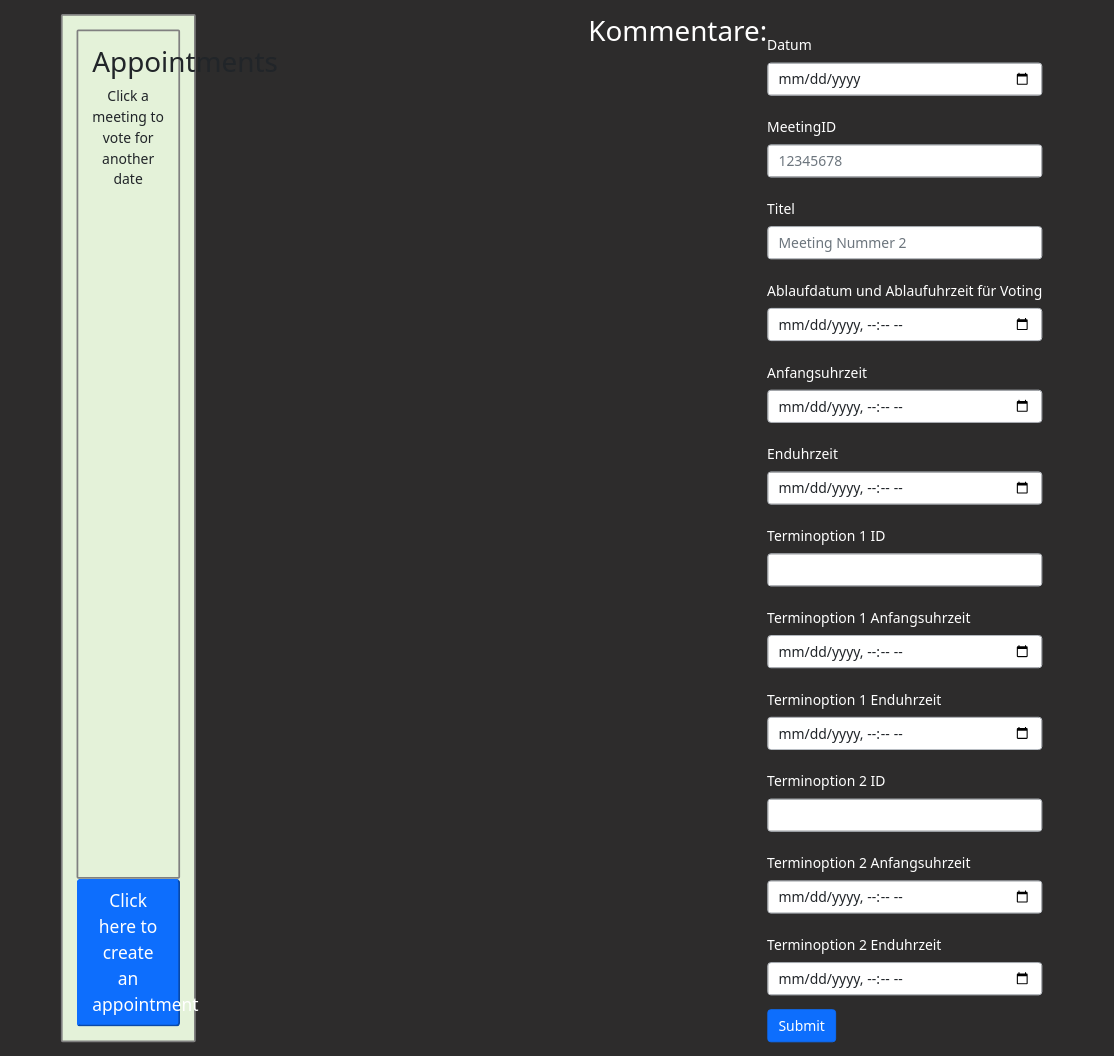
Repository: wlichon/Semesterprojekt
Page: index.html
The author's editor kept a copy of each file at every save. The page is drawn from the files as they stood at one save, then again after the next save.
The browser window is 1280 px wide. The pictures show the whole page, at 87% of full size.
The page's requests for data from a server got no answer. Some web libraries are served in a nearby version.

Above is the page before, as saved 2022-04-27 23:52:18.

### index.html
<!DOCTYPE html>
<html lang="en">
<head>
    <link href="https://cdn.jsdelivr.net/npm/bootstrap@5.1.3/dist/css/bootstrap.min.css" rel="stylesheet" integrity="sha384-1BmE4kWBq78iYhFldvKuhfTAU6auU8tT94WrHftjDbrCEXSU1oBoqyl2QvZ6jIW3" crossorigin="anonymous">
    <link rel="stylesheet" href="https://cdn.jsdelivr.net/npm/bootstrap-icons@1.8.1/font/bootstrap-icons.css">
    <script
    src="https://code.jquery.com/jquery-3.6.0.min.js"
    integrity="sha256-/xUj+3OJU5yExlq6GSYGSHk7tPXikynS7ogEvDej/m4="
    crossorigin="anonymous"></script>
    <script src="https://cdnjs.cloudflare.com/ajax/libs/jqueryui/1.12.1/jquery-ui.min.js" integrity="sha512-uto9mlQzrs59VwILcLiRYeLKPPbS/bT71da/OEBYEwcdNUk8jYIy+D176RYoop1Da+f9mvkYrmj5MCLZWEtQuA==" crossorigin="anonymous" referrerpolicy="no-referrer"></script>
    <meta charset="UTF-8">
    <meta http-equiv="X-UA-Compatible" content="IE=edge">
    <meta name="viewport" content="width=device-width, initial-scale=1.0">
    <link rel="stylesheet" href="frontend/css/mystyle.css">
    <script src="frontend/script/script.js" defer></script>
    <title>Appointment Finder</title>
</head>
<body class="d-flex justify-content-center">
    <div class="container m-3 d-flex justify-content-center">
        <div class="events row flex-grow-1" id="events">
            <div class="col-md-3 d-flex justify-content-between" style="flex-direction: column">

                <div class="col">
                    <h2 class="align-self-center">Appointments</h2>
                    <p class="">Click a meeting to vote for another date</p>
                </div>
                <button class = "btn-primary btn-lg" id = "createappointment"> Click here to create an appointment</button>


                </div>
             </div>

             <form id = "checkboxnamecomment">
            <div class="appointments row flex-grow-1" id="appointments">
                <div class="col-md d-flex justify-content-between" style="flex-direction: column">
                    <div class="row h-80">
                        <div class="col">
                           <h2 class="align-self-center">Options</h2>
                        </div>
                    </div>
                    <!--
                    <div class="row inputs h-20 align-self-bottom">
                        <div class="col-md">
                            <i class="bi bi-person-circle m-1"></i><input type="text" placeholder="Name" name = "personname" id = "personname" >
                        </div>
                    </div>
                    -->
                </div>
            </form>
        </div>
<br>
        <h2 class = "text-white" id = "commenttitle"> Kommentare: </h2>

        <form id = "createappointmentform" >
            <div class="form-group">
              <label for="date" class ="text-white mt-4 mb-2">Datum</label>
              <input type="date" class="form-control" name="date" id="date" required>
            </div>
            <div class="form-group">
                <label for="meetingid" class ="text-white mt-4 mb-2">MeetingID</label>
                <input type="number" class="form-control" name="meetingid" id="meetingid" placeholder="12345678" required>
            </div>
            <div class="form-group">
                <label for="title" class ="text-white mt-4 mb-2">Titel</label>
                <input type="text" class="form-control" name="title" id="title" placeholder="Meeting Nummer 2" required>
            </div>
              <div class="form-group">
                <label for="votingExpirationDate" class ="text-white mt-4 mb-2">Ablaufdatum und Ablaufuhrzeit für Voting</label>
                <input type="datetime-local" class="form-control" name="votingExpirationDate" id="votingExpirationDate"  required>
            </div>
              <div class="form-group">
                <label for="begin" class ="text-white mt-4 mb-2">Anfangsuhrzeit</label>
                <input type="datetime-local" class="form-control" name="begin" id="begin" required>
            </div>
              <div class="form-group">
                <label for="end" class ="text-white mt-4 mb-2">Enduhrzeit</label>
                <input type="datetime-local" class="form-control" name="end" id="end"  required>
            </div>
            <div class="form-group">
                <label for="terminoption1id" class ="text-white mt-4 mb-2">Terminoption 1 ID</label>
                <input type="number" class="form-control" name="terminoption1id" id="terminoption1id"  required>
            </div>
            <div class="form-group">
                <label for="terminoption1begin" class ="text-white mt-4 mb-2">Terminoption 1 Anfangsuhrzeit</label>
                <input type="datetime-local" class="form-control" name="terminoption1begin" id="terminoption1begin"  required>
            </div>
            <div class="form-group">
                <label for="terminoption1end" class ="text-white mt-4 mb-2">Terminoption 1 Enduhrzeit</label>
                <input type="datetime-local" class="form-control" name="terminoption1end" id="terminoption1end"  required>
            </div>
            <div class="form-group">
                <label for="terminoption2id" class ="text-white mt-4 mb-2">Terminoption 2 ID</label>
                <input type="number" class="form-control" name="terminoption2id" id="terminoption2id"  required>
            </div>
            <div class="form-group">
                <label for="terminoption2begin" class ="text-white mt-4 mb-2">Terminoption 2 Anfangsuhrzeit</label>
                <input type="datetime-local" class="form-control" name="terminoption2begin" id="terminoption2begin"  required>
            </div>
            <div class="form-group">
                <label for="terminoption2end" class ="text-white mt-4 mb-2">Terminoption 2 Enduhrzeit</label>
                <input type="datetime-local" class="form-control" name="terminoption2end" id="terminoption2end"  required>
            </div>
            <button name = "submit" type="submit" class="btn btn-primary mt-3">Submit</button>
          </form>
            </div>


    <script src="https://cdn.jsdelivr.net/npm/bootstrap@5.1.3/dist/js/bootstrap.bundle.min.js" integrity="sha384-ka7Sk0Gln4gmtz2MlQnikT1wXgYsOg+OMhuP+IlRH9sENBO0LRn5q+8nbTov4+1p" crossorigin="anonymous"></script>
</body>
</html>

### frontend/css/mystyle.css
[class*="col"]{
    text-align:center;
    border: 2px solid grey;
    padding: 1rem;
    border-radius: 2px;
    background-color:rgb(228, 242, 217);
}

.bi-person-circle{
    font-size: 1.5rem;
}

.inputs > div{
    background-color: rgb(89, 209, 61);
}

body{
    background-color:rgb(45, 44, 44);
}

.wrapper{
    border-radius: 5px;
    border: none;
    background-color: lightcyan;
}

.container{
    border-radius: 5px;
}

#lslide{
    background-color:blue;
    border-radius:10px;
}

.event{
    cursor: pointer;
}

.event:hover{
    background-color:blue;
}

.noevent:hover{
    pointer-events: none;
}

.bi-backspace-fill:hover{
    cursor:pointer;
    background-color: red;
}

### frontend/script/script.js
"use strict";
var months = ["Jan", "Feb", "Mar", "Apr", "May", "Jun", "Jul", "Aug", "Sep", "Oct", "Nov", "Dec"];
var days = ["Mon", "Tue", "Wed", "Thu", "Fri", "Sat", "Sun"];
var slidebutton = "<div class='btn btn-primary col-auto p-1' id='lslide'><i class='bi bi-chevron-left'></i></div>";
var commentbar = "<div class='row mt-5 comment'><div class='input-group input-group-lg'><span class='input-group-text' id='inputGroup-sizing-lg'>Comment</span><input type='text' class='form-control' aria-label='Sizing example input' aria-describedby='inputGroup-sizing-lg'><button class='btn btn-outline-secondary bg-primary text-white' type='button' id='submit'>Submit</button></div></div>";
$(function () {
    $("#appointments").hide();
    $("#events").hide();
    $.ajax({
        type: "GET",
        url: "backend/serviceHandler.php",
        cache: false,
        data: { function: "loadAppointments" },
        dataType: "json",
        success: function (response) {
            // bei sucess liefert loadAppointments ein Array mit den ganzen Appointments in dem Format:
            //  Appointment("25-06-2027", "Meeting4", "22-05-2025 19:30:00", "18:00", "18:30", [2, 3]) also:
            // Appointment("Tag-Monat-Jahr", "MeetingNummer", "ExpirationDate", "UhrzeitBeginn", "Uhrzeitende", "OptionsID");
            // Appointment ($date,$title,$votingExpirationDate,$begin,$end,$optionIDs)3222
            console.log("success");
            $.each(response, function (i, val) {
                var counter = 1;
                var date = new Date(val["date"]["date"]);
                var month = months[date.getMonth()];
                var day = days[date.getDay()];
                var dayOfMonth = date.getDate();
                var year = date.getFullYear();
                var expiration = val["votingExpirationDate"]["date"].substr(0, 19);
                var begin = val["begin"]["date"].substr(11).substr(0, 8);
                var end = val["end"]["date"].substr(11).substr(0, 8);
                var id = val["optionIDs"];
                $("#events").append("<div class='col-md-2 event' id =" + counter + " + data=" + id + ">" +
                    "<div class='col wrapper'>" +
                    "<h2>" + val["title"] + "</h2>" +
                    "<h4>" + month + "</h4>" +
                    "<h3>" + dayOfMonth + "</h3>" +
                    "<p>" + day + "</p>" +
                    "<p>Begins: " + begin + "</p>" +
                    "<p>Ends: " + end + "</p>" +
                    "<h6><p>Voting ends:</p>" +
                    "<p>" + expiration + "</p></h6>" +
                    "</div> </div>");
                var isexpired = new Date(expiration);
                var today = new Date();
                if (isexpired <= today) {
                    $("#" + counter).append("<h5 class = 'mt-3' > abgelaufen! </h5>");
                    $("#" + counter).attr("class", "col-md-2 noevent");
                }
                counter++;
            });
        },
        complete: function () {
            $(".event").on('click', function (e) {
                var self = e.currentTarget; // Element was das Klick getriggert hat
                $("#events").hide("slide", { direction: "left" }, 1000, function () {
                    console.log(self);
                    var optionIDs_string = self.getAttribute("data");
                    var optionIDs = Array.from(optionIDs_string.split(","));
                    console.log(optionIDs);
                    $.ajax({
                        type: "GET",
                        url: "backend/serviceHandler.php",
                        cache: false,
                        data: { function: "loadOptions", param: optionIDs },
                        dataType: "json",
                        success: function (response) {
                            console.log("success");
                            console.log(response);
                            $.each(response, function (i, val) {
                                var date = new Date(val["date"]["date"]);
                                console.log("loop");
                                var month = months[date.getMonth()];
                                var day = days[date.getDay()];
                                var dayOfMonth = date.getDate();
                                var year = date.getFullYear();
                                var begin = val["begin"]["date"].substr(11).substr(0, 8);
                                var end = val["end"]["date"].substr(11).substr(0, 8);
                                $("#appointments").append("<div class='col-md'>" +
                                    "<div class='col-md event'>" +
                                    "<div class='col wrapper'>" +
                                    "<h4>" + month + "</h4>" +
                                    "<h3>" + dayOfMonth + "</h3>" +
                                    "<p>" + day + "</p>" +
                                    "<p>Begins: " + begin + "</p>" +
                                    "<p>Ends: " + end + "</p>" +
                                    "</div></div>" +
                                    "<div class='row inputs h-20'>" +
                                    "<div class='col-md'><input class='form-check-input' type='checkbox' value=''></div></div></div>");
                            });
                            $("#appointments").append(slidebutton + commentbar);
                            $("#lslide").on('click', slidebar);
                        },
                        error: function (response) {
                            console.log("failure");
                        }
                    }),
                        setTimeout(function () { return $("#appointments").show("slide", 1000); }, 100);
                });
            });
            $("#events").show("slide", 1000);
        },
        error: function (e) {
            console.log("failure");
        }
    });
    console.log("hi");
    $("#submit").on('click', function () {
        console.log($("#test").prop("checked"));
    });
});
var optionNameInput = '<div class="col-md d-flex justify-content-between" style="flex-direction: column">' +
    '<div class="row h-80">' +
    '<div class="col">' +
    '<h2 class="align-self-center">Options</h2>' +
    '</div>' +
    '</div>' +
    '<div class="row inputs h-20 align-self-bottom">' +
    '<div class="col-md">' +
    '<i class="bi bi-person-circle m-1"></i><input type="text" placeholder="Name">' +
    '</div>' +
    '</div>' +
    '</div>';
function slidebar() {
    $("#appointments").hide("slide", { direction: "left" }, 1000, function () {
        $("#appointments").empty().append(optionNameInput);
        $("#events").show("slide", 1000);
    });
}

After the next save:
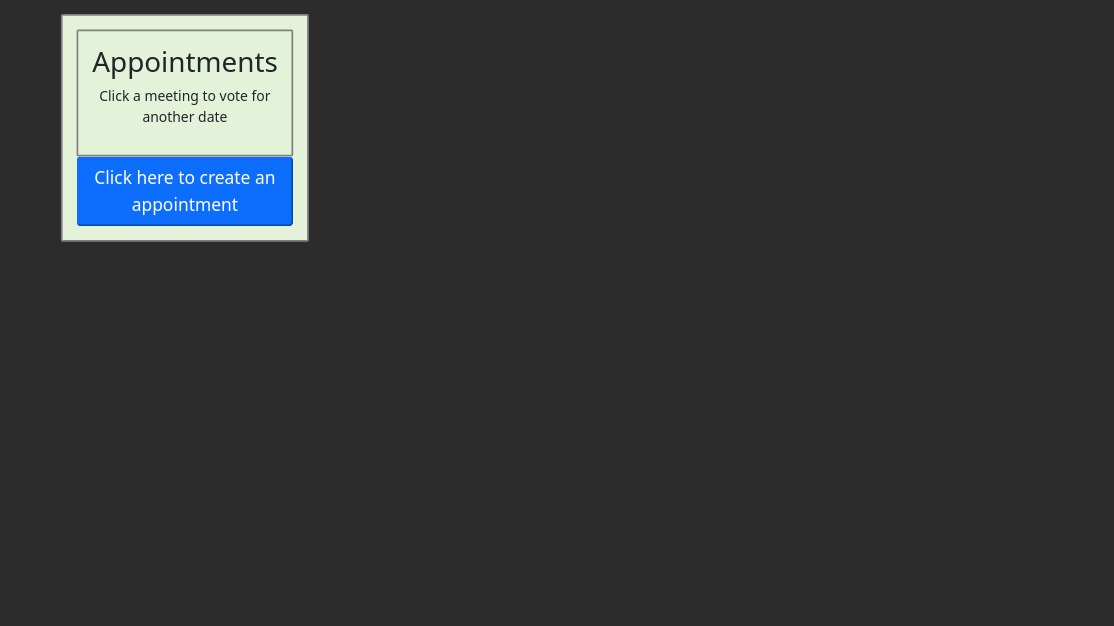
Saved 31 s later.
--- a/index.html
+++ b/index.html
@@ -48,8 +48,9 @@
                 </div>
             </form>
         </div>
-<br>
-        <h2 class = "text-white" id = "commenttitle"> Kommentare: </h2>
+
+
+        <!-- <h2 class = "text-white" id = "commenttitle"> Kommentare: </h2>
 
         <form id = "createappointmentform" >
             <div class="form-group">
